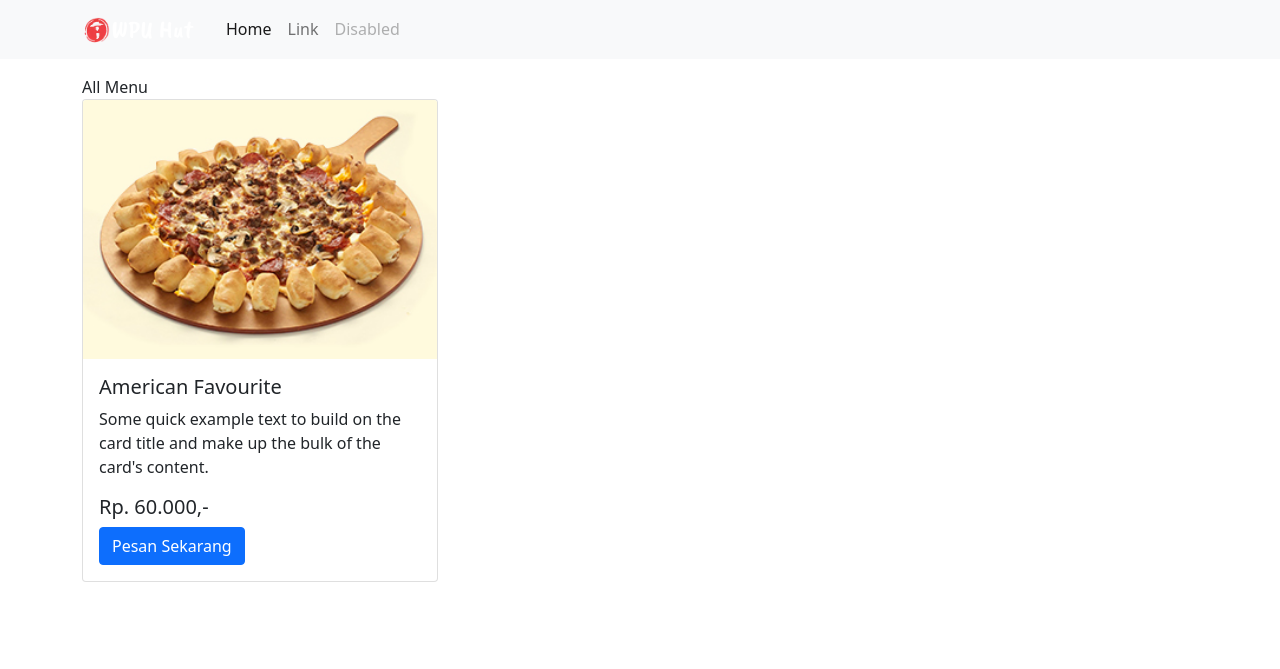
Repository: bayukembara/RESTAPI
Page: http://localhost/latihan1.php
The author's editor kept a copy of each file at every save. The page is drawn from the files as they stood at one save, then again after the next save.
The browser window is 1280 px wide. The pictures show the whole page.
Some web libraries are served in a nearby version. The page is run by PHP 8.4 with error messages shown; the project is at /var/www/html/.

Above is the page before, as saved 2022-04-29 13:17:08.

After the next save:
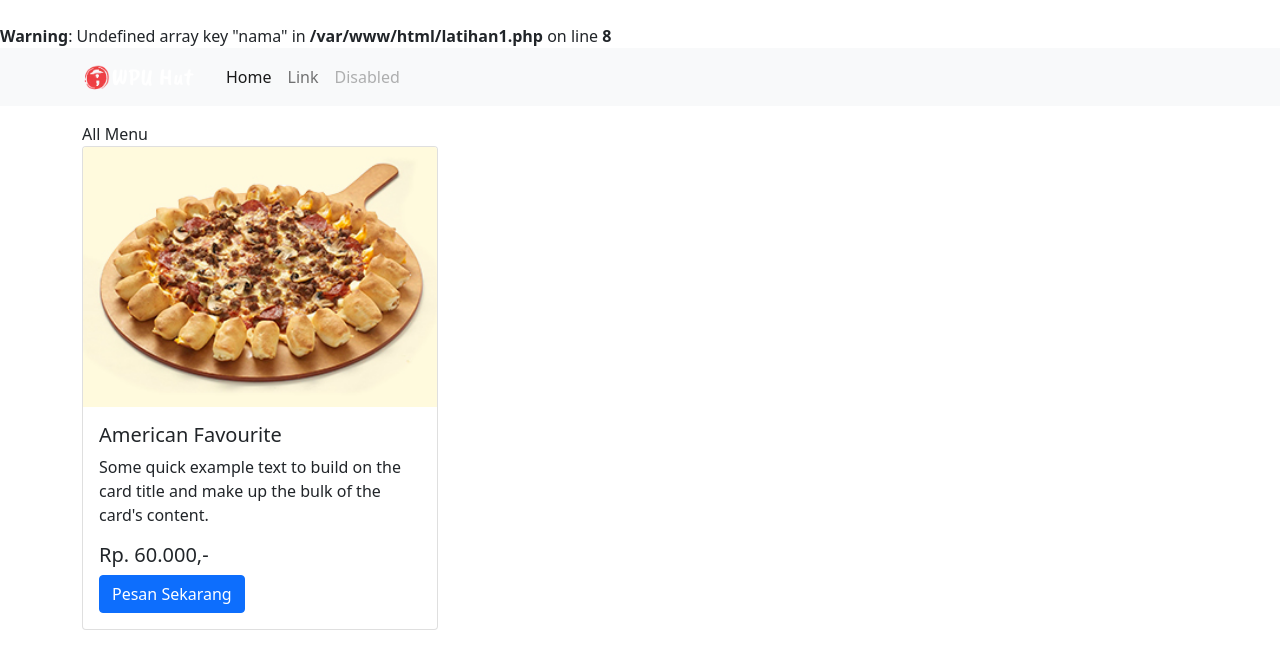
Saved 13 s later.
--- a/latihan1.php
+++ b/latihan1.php
@@ -4,6 +4,8 @@
 $menu = json_decode($data,true);
 
 $menu = $menu["menu"];
+
+echo $menu["nama"];
 ?>
 
 <!doctype html>

After the save that followed:
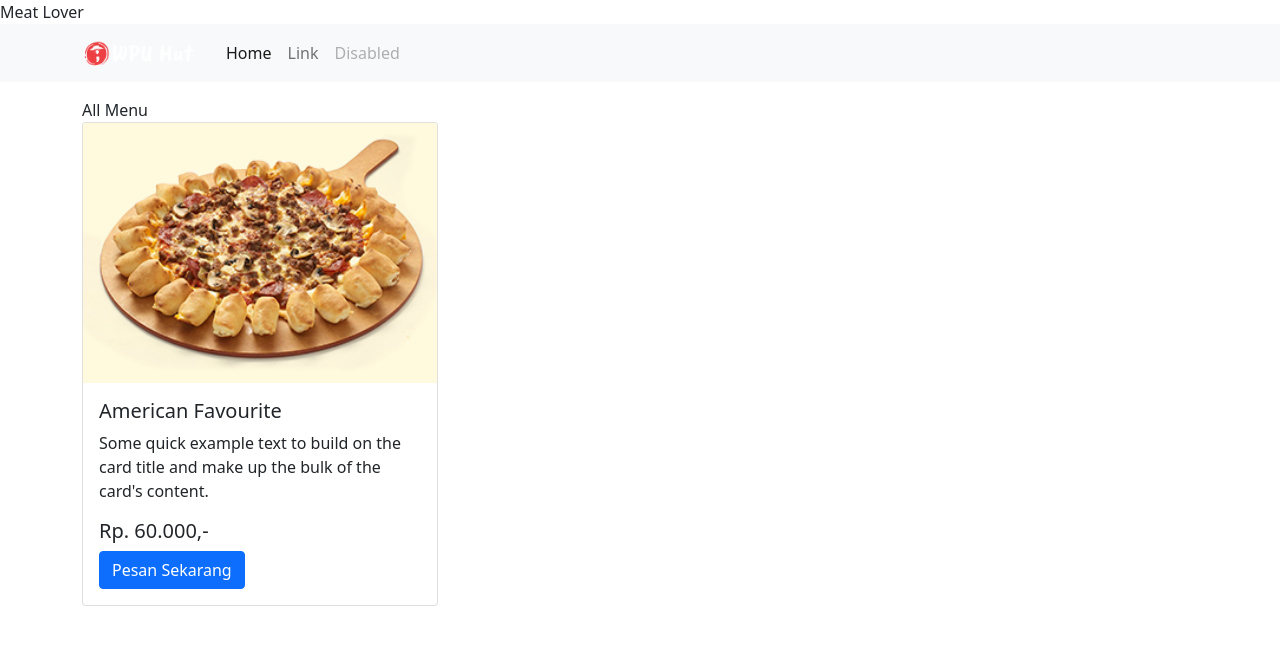
Saved 15 s later.
--- a/latihan1.php
+++ b/latihan1.php
@@ -5,7 +5,7 @@
 
 $menu = $menu["menu"];
 
-echo $menu["nama"];
+echo $menu[0]["nama"];
 ?>
 
 <!doctype html>
